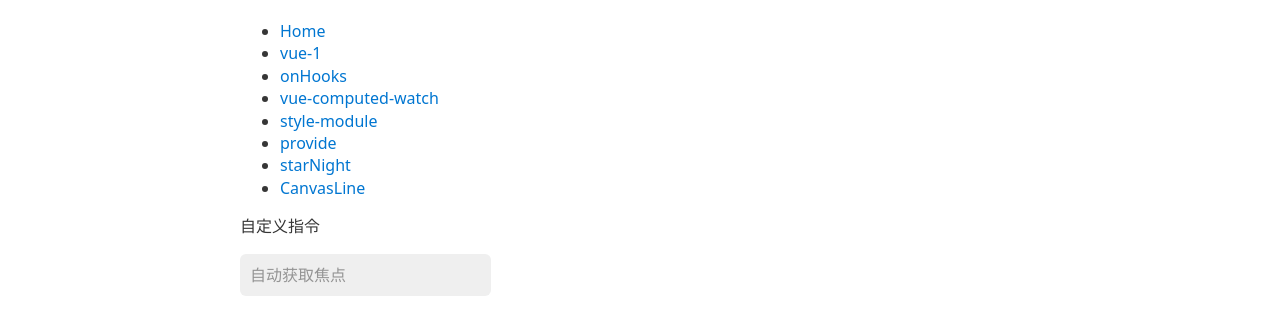
Repository: 596178924/vue3-ts-html
Page: /
These files come from the project's save history. The page is drawn as it stood at one moment and after the next save; the edit follows.
The browser window is 1280 px wide. The pictures show the whole page.
The project was rebuilt for these pictures with package versions that can differ from the ones it lists, and the page was loaded fresh each time. Also part of the build but not shown: vue.config.js.

Above is the page before, as saved 2022-02-16 14:09:22.

### public/index.html
<!DOCTYPE html>
<html lang="">
  <head>
    <meta charset="utf-8">
    <meta http-equiv="X-UA-Compatible" content="IE=edge">
    <meta name="viewport" content="width=device-width,initial-scale=1.0">
	<link rel="stylesheet" href="https://cdn.jsdelivr.net/npm/water.css@2/out/water.css">
    <link rel="icon" href="<%= BASE_URL %>favicon.ico">
    <title><%= htmlWebpackPlugin.options.title %></title>
  </head>
  <body>
    <noscript>
      <strong>We're sorry but <%= htmlWebpackPlugin.options.title %> doesn't work properly without JavaScript enabled. Please enable it to continue.</strong>
    </noscript>
    <div id="app"></div>
    <!-- built files will be auto injected -->
  </body>
</html>

### src/main.ts
import { createApp } from 'vue';
import App from './App.vue';
import router from './router';
import { createPinia } from 'pinia';
import directive from "./utils/directives";
const app = createApp(App);
app.use(createPinia());
app.use(router);
app.use(directive);
app.mount('#app');

### src/App.vue
<template>
  <Nav></Nav>
  <router-view/>
</template>

<script setup lang="ts">
import Nav from "@/components/nav.vue";
</script>
<style lang="scss">

</style>

### src/router/index.ts
import { createRouter, createWebHashHistory, RouteRecordRaw } from 'vue-router';

export const routes: Array<RouteRecordRaw> = [
	{
		path: '/',
		name: 'Home',
		component: () => import('@/views/Home.vue')
	},
	{
		path: '/vue-1',
		name: 'vue-1',
		component: () => import('@/views/vue-1.vue')
	},
	{
		path: '/onHooks',
		name: 'onHooks',
		component: () => import('@/views/onHooks.vue')
	},
	{
		path: '/vue-computed-watch',
		name: 'vue-computed-watch',
		component: () => import('@/views/vue-computed-watch.vue')
	},
	{
		path: '/style-module',
		name: 'style-module',
		component: () => import('@/views/style-module.vue')
	},
	{
		path: '/provide',
		name: 'provide',
		component: () => import('@/views/provide.vue')
	},
	{
		path: '/starNight',
		name: 'starNight',
		component: () => import('@/views/starNight.vue')
	},
	{
		path: '/CanvasLine',
		name: 'CanvasLine',
		component: () => import('@/views/CanvasLine.vue')
	},

];

const router = createRouter({
	history: createWebHashHistory(),
	routes
});

export default router;

### src/utils/directives/index.ts
import { App } from "vue";
import VCopy from "./v-copy";
export default (app: App<Element>) => {
    app.directive('copy', VCopy);
}

### src/components/nav.vue
<template>
    <ul>
        <li v-for="(item, index) in navList" :key="index">
            <router-link :to="item.path">{{ item.name }}</router-link>
        </li>
    </ul>
</template>
<script setup lang="ts">
import { routes } from "@/router/index";
const navList = routes.map((item) => ({
    path: item.path,
    name: item.name
}))
</script>

### src/views/Home.vue
<template>
    <div class="">
        <p v-copy>自定义指令</p>
        <input type="text" placeholder="自动获取焦点">
    </div>
</template>

<script setup lang="ts" >

</script>
<style lang="scss" scoped>
</style>

### src/utils/directives/v-copy.ts
export default (el:HTMLElement,binding: any) =>{
    console.log('copy',el,binding)
    console.log('copy',binding.value)
}

After the next save:
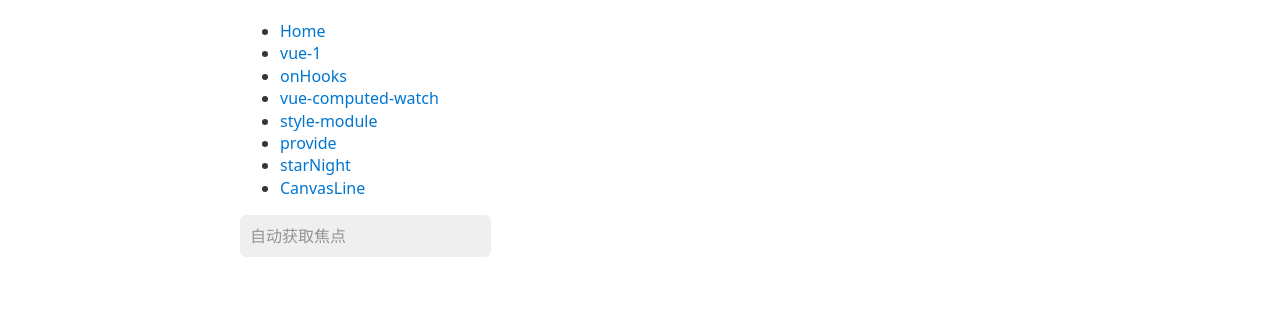
Saved 7 s later.
--- a/src/views/Home.vue
+++ b/src/views/Home.vue
@@ -1,6 +1,6 @@
 <template>
     <div class="">
-        <p v-copy>自定义指令</p>
+        <!-- <p v-copy>自定义指令</p> -->
         <input type="text" placeholder="自动获取焦点">
     </div>
 </template>
